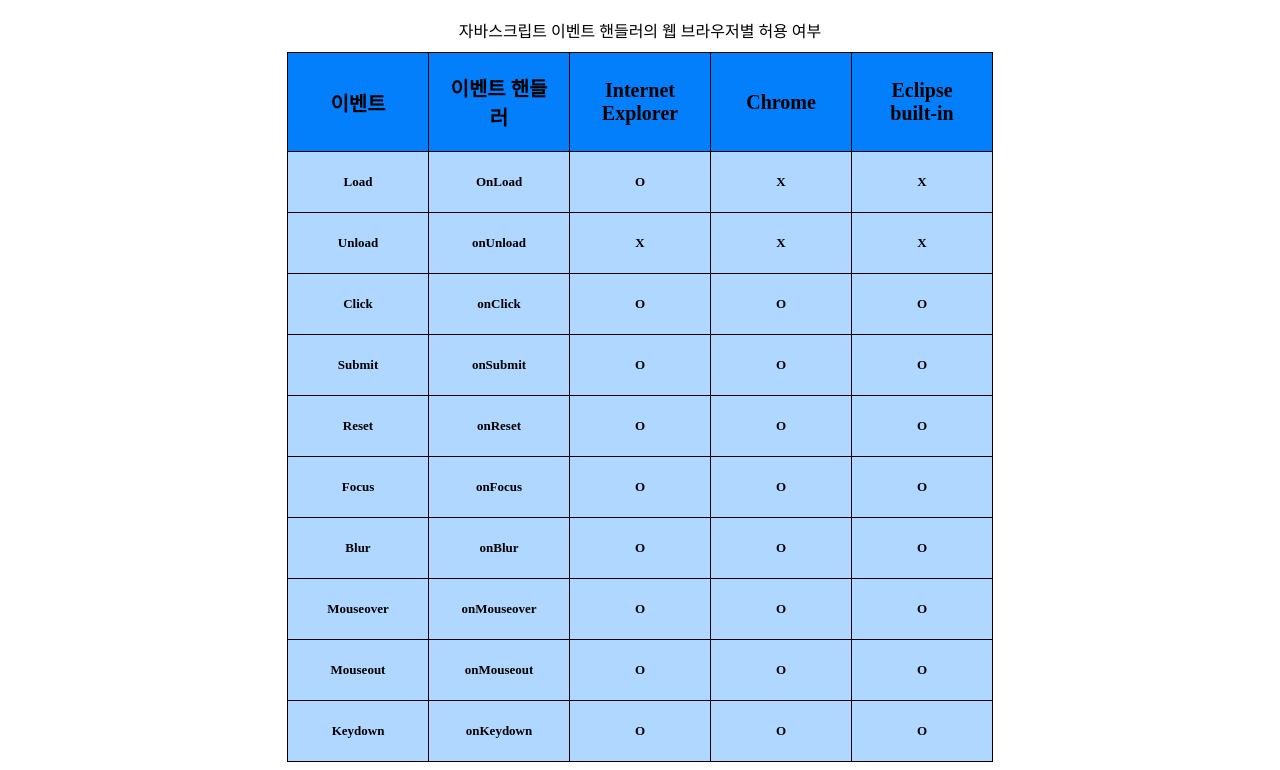
Repository: haaaein/Web-Programming
Page: week3/Practice A-01/src/main/webapp/PracticeA-01.html
An editor plug-in stored every save of this project. The page is shown before and after the next save, followed by the edit.
The browser window is 1280 px wide. The pictures show the whole page.

Above is the page before, as saved 2021-09-20 02:20:55.

After the next save:
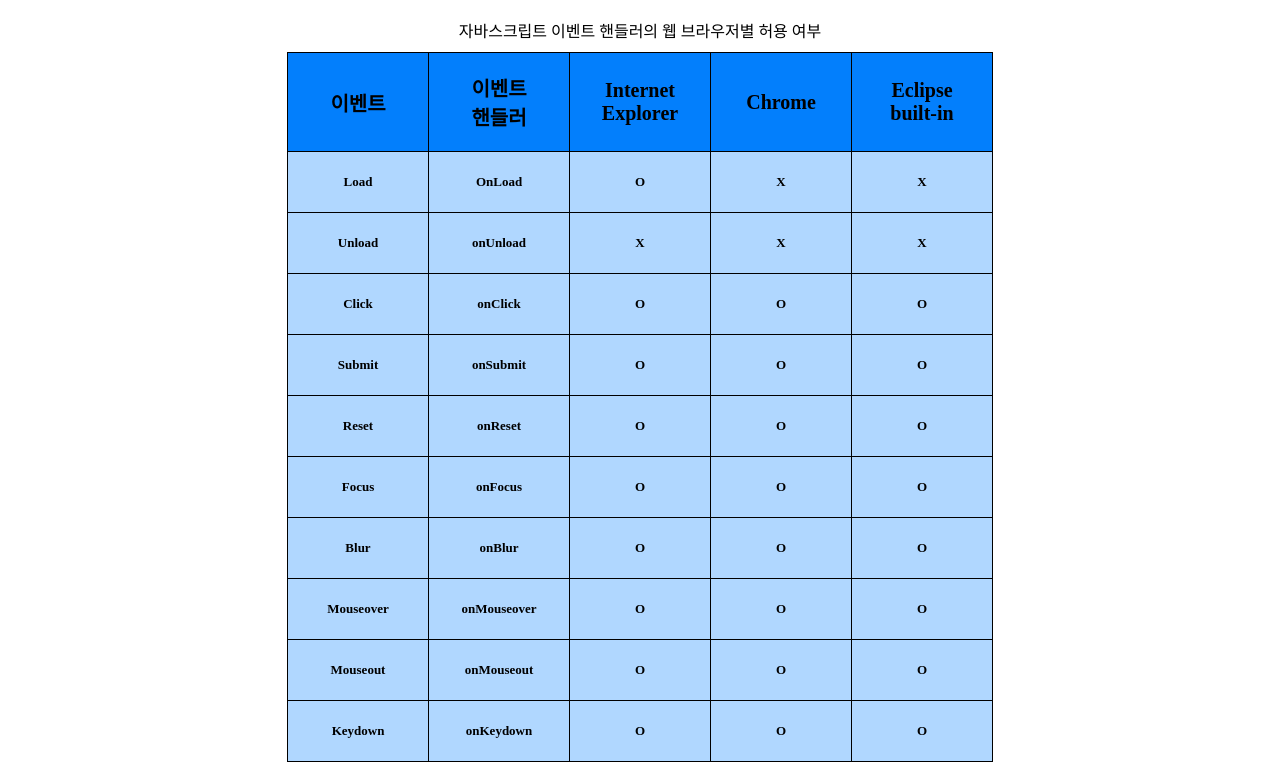
Saved 23 s later.
--- a/week3/Practice A-01/src/main/webapp/PracticeA-01.html
+++ b/week3/Practice A-01/src/main/webapp/PracticeA-01.html
@@ -36,7 +36,7 @@
                 <caption style="padding: 10px;">자바스크립트 이벤트 핸들러의 웹 브라우저별 허용 여부</caption>
                 <tr>
                     <th>이벤트</th>
-                    <th>이벤트 핸들러</th>
+                    <th>이벤트<br>핸들러</th>
                     <th>Internet Explorer</th>
                     <th>Chrome</th>
                     <th>Eclipse built-in</th>
